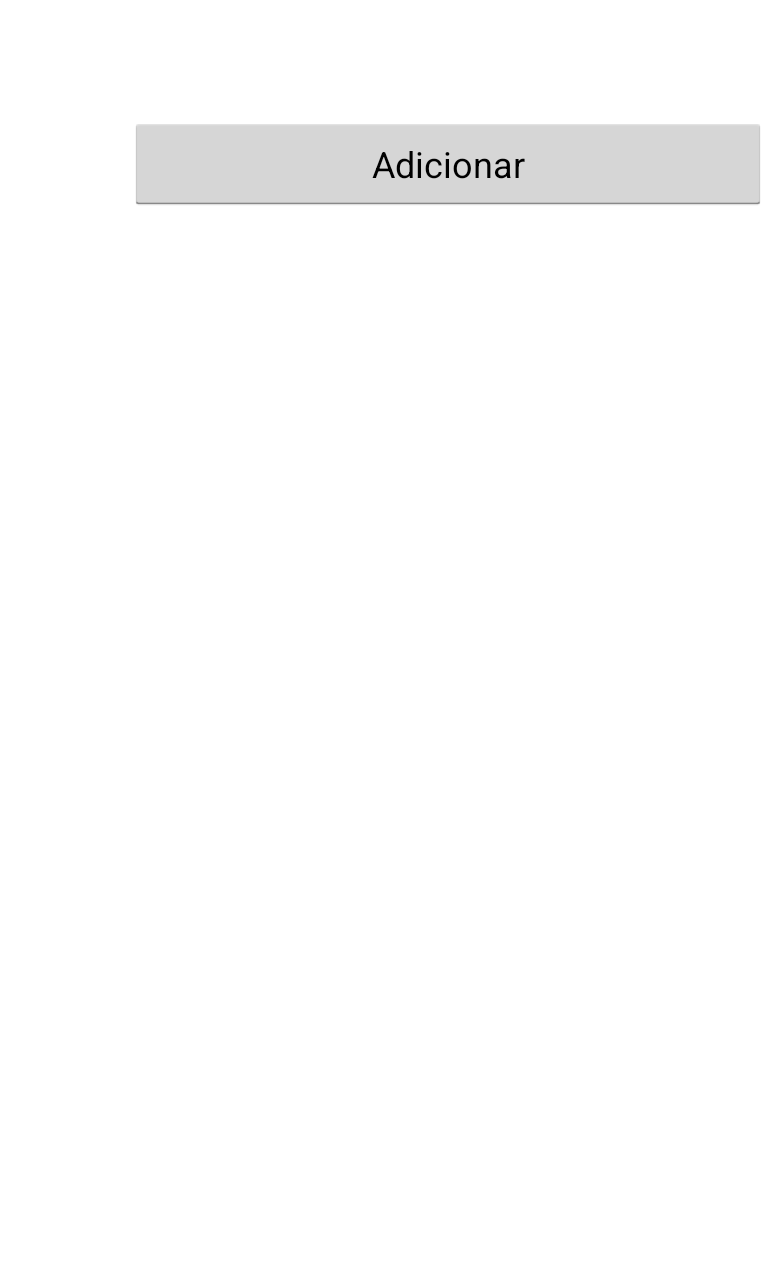
Repository: yurifialho/pos-android
Layout: Projeto10/res/layout/activity_extrato.xml
These files come from the project's save history. The layout is drawn as it stood at one moment and after the next save; the edit follows.
It is drawn on a 768 x 1280 px phone screen (xhdpi) without system bars, with theme AppTheme; the app's code is not run.

Above is the layout before, as saved 2014-03-22 02:23:52.

### Projeto10/res/layout/activity_extrato.xml
<LinearLayout xmlns:android="http://schemas.android.com/apk/res/android"
    android:layout_width="match_parent"
    android:layout_height="match_parent"
    android:orientation="vertical">

    <Button
        android:id="@+id/button1"
        android:layout_width="fill_parent"
        android:layout_height="wrap_content"
        android:layout_marginLeft="64dp"
        android:layout_marginTop="58dp"
        android:text="Adicionar" />

</LinearLayout>

Loaded but not shown: Projeto10/res/values/styles.xml (common file); Projeto10/res/values-v11/styles.xml (common file); Projeto10/res/values-v14/styles.xml (common file)

After the next save:
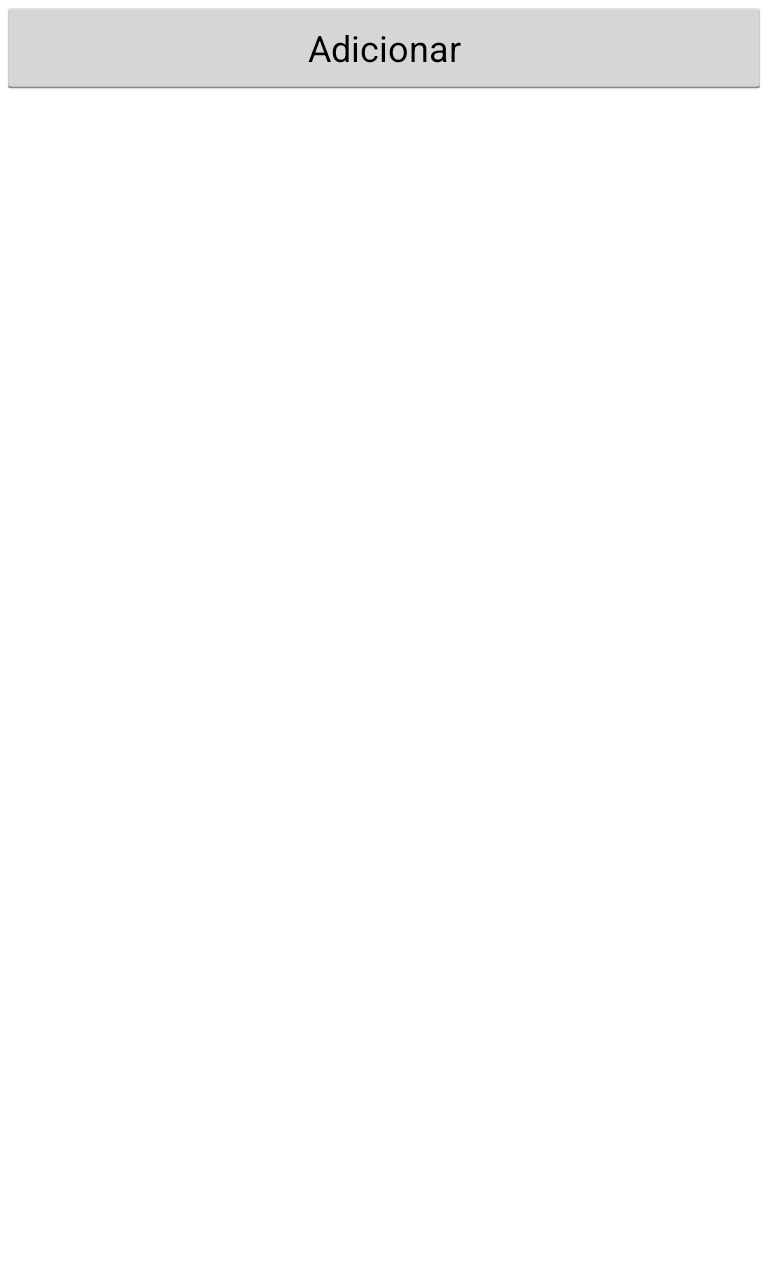
Saved 12 s later.
--- a/Projeto10/res/layout/activity_extrato.xml
+++ b/Projeto10/res/layout/activity_extrato.xml
@@ -7,8 +7,6 @@
         android:id="@+id/button1"
         android:layout_width="fill_parent"
         android:layout_height="wrap_content"
-        android:layout_marginLeft="64dp"
-        android:layout_marginTop="58dp"
         android:text="Adicionar" />
 
 </LinearLayout>
